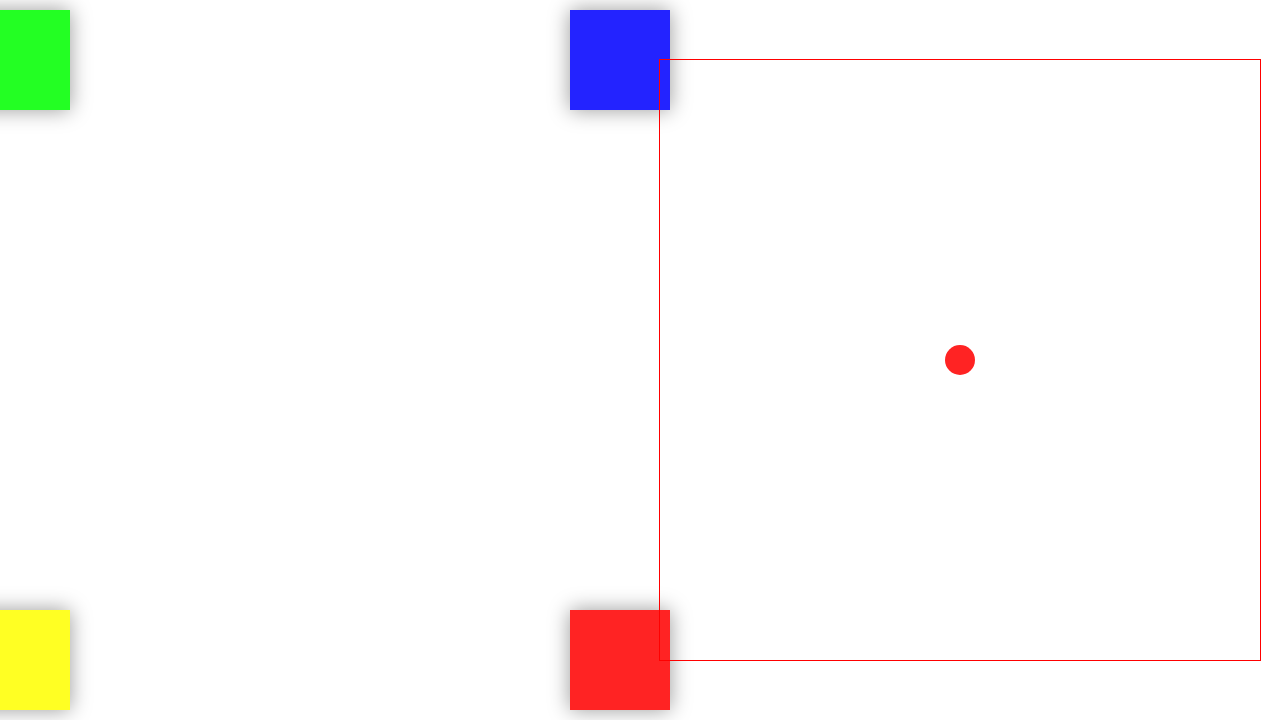
Repository: randgars/game
Page: index.html
The author's editor kept a copy of each file at every save. The page is drawn from the files as they stood at one save, then again after the next save.
The browser window is 1280 px wide. The pictures show the whole page.

Above is the page before, as saved 2017-09-29 16:36:17.

After the next save:
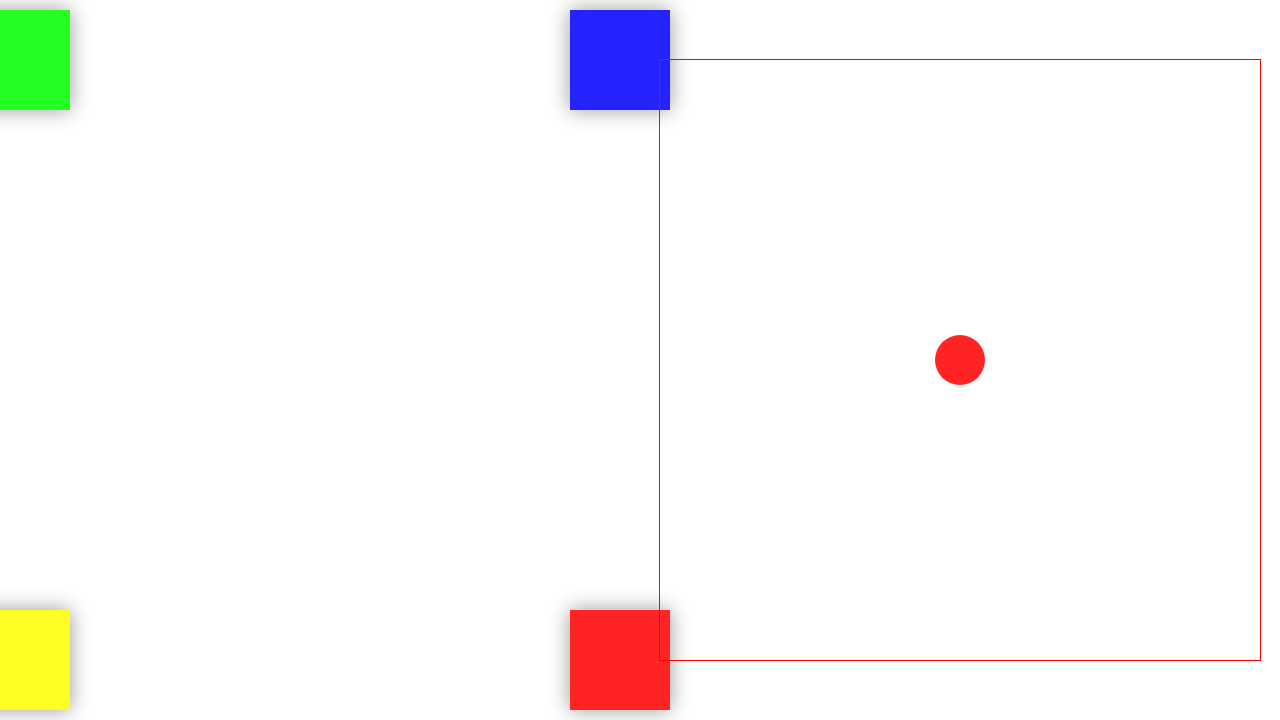
Saved 15 s later.
--- a/style.css
+++ b/style.css
@@ -143,10 +143,10 @@
     border-radius: 100%;
     background-color: rgb(255, 35, 35);
     position: absolute;
-    top: calc(50% - 15px);
-    left: calc(50% - 15px);
-    width: 30px;
-    height: 30px;
+    top: calc(50% - 25px);
+    left: calc(50% - 25px);
+    width: 50px;
+    height: 50px;
     transition: left 0.3s, top 0.1s;
 }
 .coordinates {
